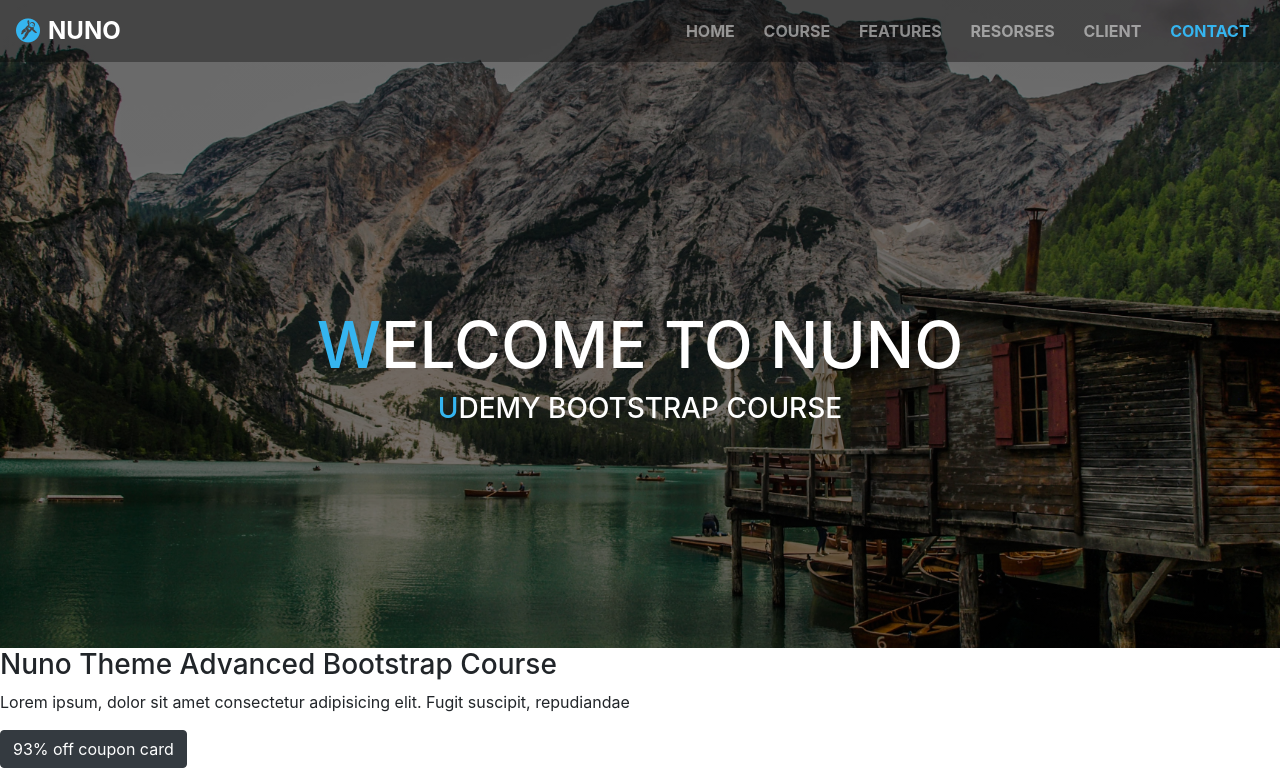
Repository: Mietlicha/bootstrap_template_exercise
Page: index.html
The author's editor kept a copy of each file at every save. The page is drawn from the files as they stood at one save, then again after the next save.
The browser window is 1280 px wide. The pictures show the whole page.

Above is the page before, as saved 2019-11-19 19:27:07.

### index.html
<!DOCTYPE html>
<html lang="en">

<head>
    <meta charset="UTF-8">
    <meta name="viewport" content="width=device-width, initial-scale=1.0">
    <meta http-equiv="X-UA-Compatible" content="ie=edge">
    <title>Bootstrap template</title>
    <link rel="stylesheet" href="https://stackpath.bootstrapcdn.com/bootstrap/4.3.1/css/bootstrap.min.css"
        integrity="sha384-ggOyR0iXCbMQv3Xipma34MD+dH/1fQ784/j6cY/iJTQUOhcWr7x9JvoRxT2MZw1T" crossorigin="anonymous">
    <link rel="stylesheet" href="style.css">
    <link rel="stylesheet" href="https://cdnjs.cloudflare.com/ajax/libs/font-awesome/4.7.0/css/font-awesome.min.css">
</head>

<body data-spy="scroll" data-target="#main-nav">
    <!--------------------nav/home-------------------------------------------------------------------->
    <nav id="main-nav" class="navbar navbar-expand-md navbar-dark bg-dark font-weight-bold fixed-top">
        <a class="navbar-brand" href="#"><i class="fa fa-grav mr-2" aria-hidden="true"></i>Nuno</a>
        <button class="navbar-toggler" type="button" data-toggle="collapse" data-target="#navbarSupportedContent"
            aria-controls="navbarSupportedContent" aria-expanded="false" aria-label="Toggle navigation">
            <span class="navbar-toggler-icon"></span>
        </button>

        <div class="collapse navbar-collapse" id="navbarSupportedContent">
            <ul class="navbar-nav ml-auto">
                <li class="nav-item">
                    <a class="nav-link" href="#home">Home</a>
                </li>
                <li class="nav-item">
                    <a class="nav-link" href="#course">Course</a>
                </li>
                <li class="nav-item">
                    <a class="nav-link" href="#feature">Features</a>
                </li>
                <li class="nav-item">
                    <a class="nav-link" href="#resourses">Resorses</a>
                </li>
                <li class="nav-item">
                    <a class="nav-link" href="#client">Client</a>
                </li>
                <li class="nav-item">
                    <a class="nav-link" href="#contact">Contact</a>
                </li>
        </div>
    </nav>
<!--------------------main----------------------------------------------------------------->
<main>
    <!--------------------home-------------------->
    <section id="home">
        <div class="home--landing-page">
        </div>
        <div class="home--caption">
            <h1>Welcome to Nuno</h1>
            <h3>Udemy bootstrap course</h3>
        </div>
    </section>

    <!--------------------corse-------------------->
    <section id="course">
        <header><h3>Nuno Theme Advanced Bootstrap Course</h3></header>
        <p>Lorem ipsum, dolor sit amet consectetur adipisicing elit. Fugit suscipit, repudiandae
        </p>
        <a href="#" class="btn btn-dark">93% off coupon card</a>

    </section>
    <!--------------------feature-------------------->
    <section id="feature">

    </section>
    <!--------------------Resourses-------------------->
    <section id="resourses">

    </section>
    <!--------------------Client-------------------->
    <section id="client">

    </section>
    <!--------------------Contact-------------------->
    <section id="contact">

    </section>
</main>

    <script src="https://code.jquery.com/jquery-3.3.1.slim.min.js"
        integrity="sha384-q8i/X+965DzO0rT7abK41JStQIAqVgRVzpbzo5smXKp4YfRvH+8abtTE1Pi6jizo"
        crossorigin="anonymous"></script>
    <script src="https://cdnjs.cloudflare.com/ajax/libs/popper.js/1.14.7/umd/popper.min.js"
        integrity="sha384-UO2eT0CpHqdSJQ6hJty5KVphtPhzWj9WO1clHTMGa3JDZwrnQq4sF86dIHNDz0W1"
        crossorigin="anonymous"></script>
    <script src="https://stackpath.bootstrapcdn.com/bootstrap/4.3.1/js/bootstrap.min.js"
        integrity="sha384-JjSmVgyd0p3pXB1rRibZUAYoIIy6OrQ6VrjIEaFf/nJGzIxFDsf4x0xIM+B07jRM"
        crossorigin="anonymous"></script>
</body>

</html>

### style.css
:root{
--main-colour: rgb(53, 181, 240);
font-size: 12px;
}

body{
    position: relative;
}

/************************NAV******************************************/
.bg-dark {
    background-color: #0a0a0a60!important;
}

.navbar-dark .navbar-nav .nav-link:hover{
    color: rgb(255, 255, 255);
}

.nav-link{
    padding: 0 7rem;
}

#main-nav {
text-transform: uppercase;
}

#main-nav .navbar-brand{
    font-size: 1.5rem;
}

#main-nav .navbar-brand i{
    color: var(--main-colour);
}

.navbar-dark .navbar-nav .nav-link.active{
    color: var(--main-colour);
    font-weight: bold;
}

.navbar-dark .navbar-nav .nav-link{
    padding-top: .9rem;
}

/*Nav*/
@media (min-width: 768px){
    :root{
        font-size: 16px;
    }
.navbar-expand-md .navbar-nav .nav-link {
    padding-right: .9rem;
    padding-left: .9rem;
    padding-top: 0;
}
}

/************************Home******************************************/
.home--landing-page{
    background: linear-gradient(rgba(0, 0, 0, 0.534), rgba(0, 0, 0, 0.534)), url(img/tlo.jpg) center/cover no-repeat;
    width: 100vw;
    height: 90vh;
}

.home--caption{
    width: 100%;
    position: absolute;
    top: 40%;
    z-index: 3;
    text-align: center;
    color: #fff;
    text-transform: uppercase;
}

.home--caption h1{
    font-size: 4rem;
}

.home--caption h1::first-letter, .home--caption h3::first-letter{
    color: var(--main-colour);
}

After the next save:
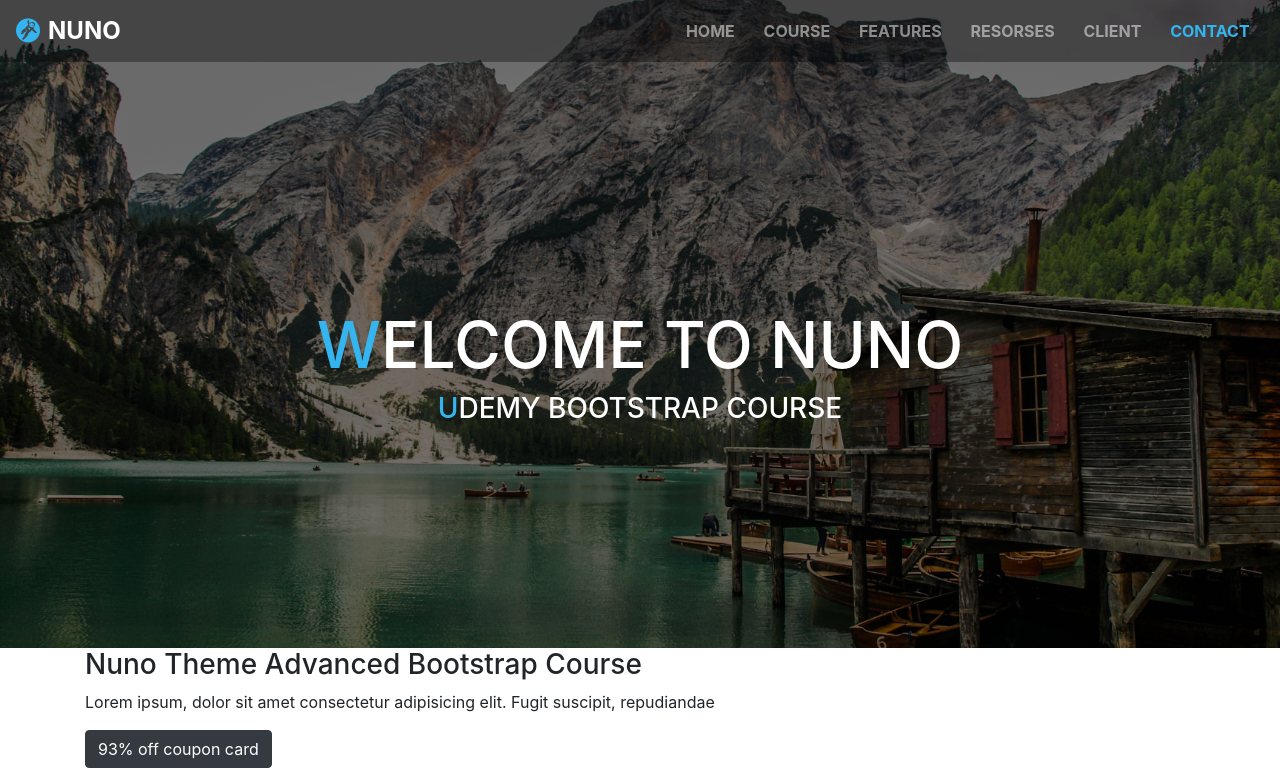
Saved 34 s later.
--- a/index.html
+++ b/index.html
@@ -56,7 +56,7 @@
     </section>
 
     <!--------------------corse-------------------->
-    <section id="course">
+    <section id="course" class="container">
         <header><h3>Nuno Theme Advanced Bootstrap Course</h3></header>
         <p>Lorem ipsum, dolor sit amet consectetur adipisicing elit. Fugit suscipit, repudiandae
         </p>
